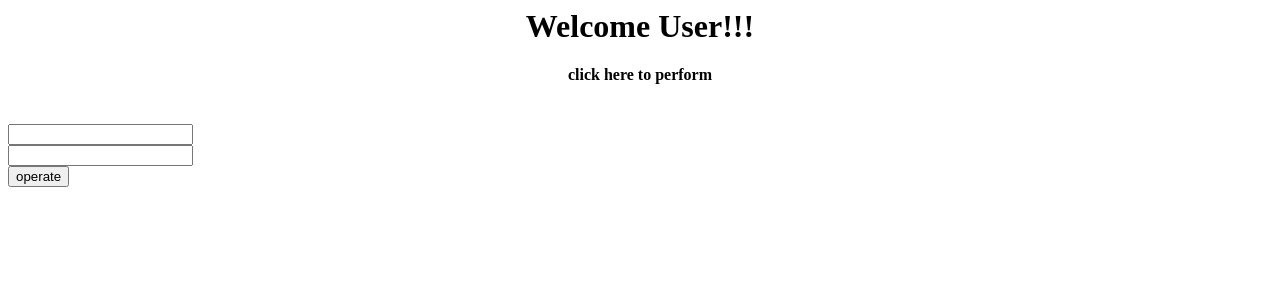
Repository: Rahul1488/servlets
Page: http://localhost/jspproject/
An editor plug-in stored every save of this project. The page is shown before and after the next save, followed by the edit.
The browser window is 1280 px wide. The pictures show the whole page.
The page is served by Tomcat 9.

Above is the page before, as saved 2021-12-31 04:04:32.

### jspproject/src/main/webapp/index.jsp
<html>
<body>

 <h1 align="center">Welcome User!!!</h1>
<form action="./number.jsp"><h4 align="center">click here to perform</h4>
<br>
<input type="text" name="number1">
<br>
<input type="text" name="number2">
<br>
<input type="submit" value="operate">
</form>
</body>
</html>

After the next save:
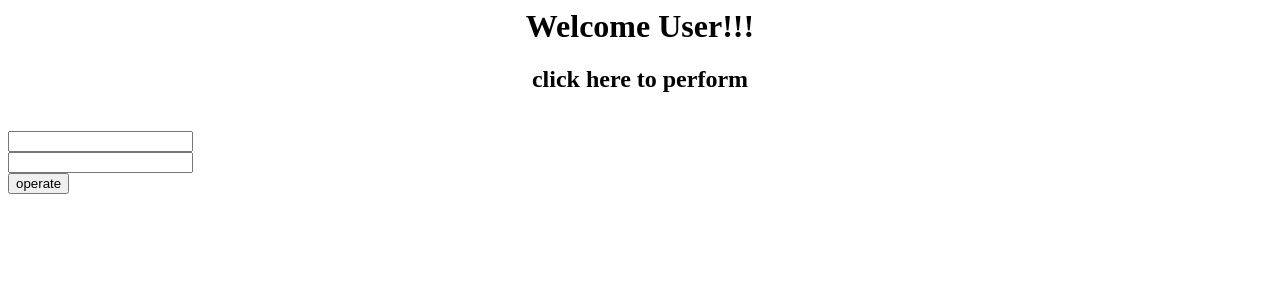
Saved 8 s later.
--- a/jspproject/src/main/webapp/index.jsp
+++ b/jspproject/src/main/webapp/index.jsp
@@ -2,7 +2,7 @@
 <body>
 
  <h1 align="center">Welcome User!!!</h1>
-<form action="./number.jsp"><h4 align="center">click here to perform</h4>
+<form action="./number.jsp"><h2 align="center">click here to perform</h2>
 <br>
 <input type="text" name="number1">
 <br>
